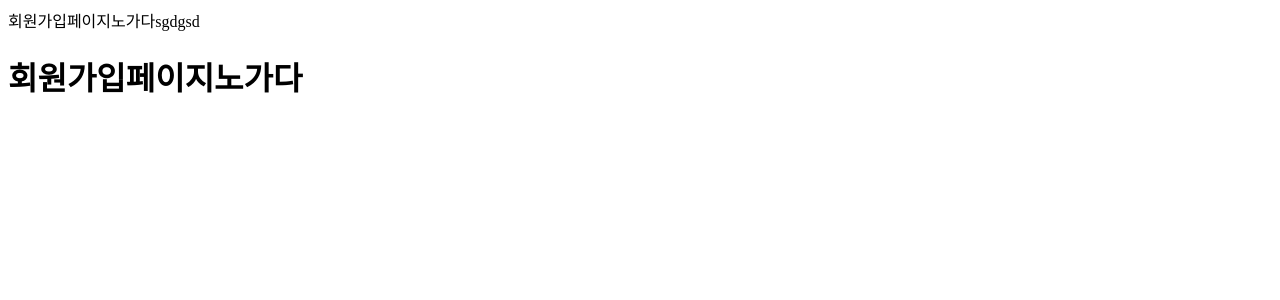
Repository: chhann/korit_back_5_web_servlet_study
Page: http://localhost/product/auth/signup.do
The author's editor kept a copy of each file at every save. The page is drawn from the files as they stood at one save, then again after the next save.
The browser window is 1280 px wide. The pictures show the whole page.
The page is served by Tomcat 9. Other server files are loaded and not shown.

Above is the page before, as saved 2024-02-15 07:38:32.

### product/src/main/java/com/study/product/servlet/UserManagementPageServlet.java
package com.study.product.servlet;

import java.io.IOException;
import javax.servlet.ServletException;
import javax.servlet.annotation.WebServlet;
import javax.servlet.http.HttpServlet;
import javax.servlet.http.HttpServletRequest;
import javax.servlet.http.HttpServletResponse;


@WebServlet("/auth/signup.do")
public class UserManagementPageServlet extends HttpServlet {
	private static final long serialVersionUID = 1L;


    public UserManagementPageServlet() {
        super();

    }


	protected void doGet(HttpServletRequest request, HttpServletResponse response) throws ServletException, IOException {
		String html = null;

		StringBuilder builder = new StringBuilder();
		builder.append("<html>");
			builder.append("<head>");
				builder.append("<tilte>회원가입페이지노가다sgdgsd</tilte>");
			builder.append("</head>");
			builder.append("<body>");
				builder.append("<h1>회원가입페이지노가다</h1>");
			builder.append("</body>");
		builder.append("</html>");

		html = builder.toString();

		response.setContentType("text/html");
		response.getWriter().println(html);


	}



}

After the next save:
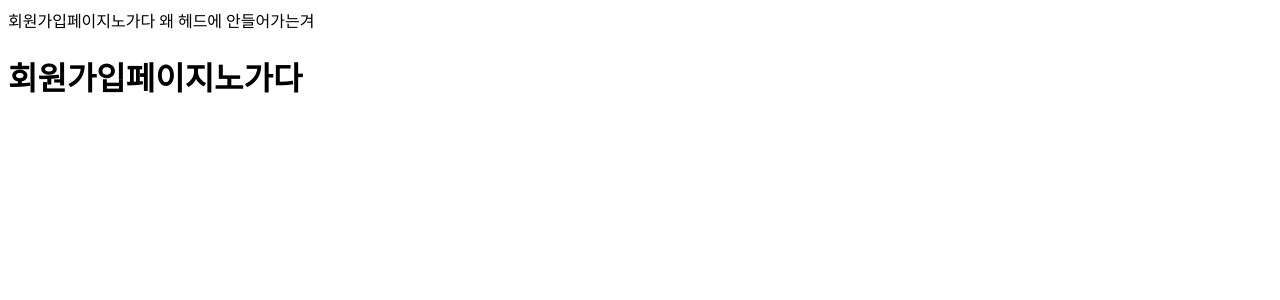
Saved 3 min 24 s later.
--- a/product/src/main/java/com/study/product/servlet/UserManagementPageServlet.java
+++ b/product/src/main/java/com/study/product/servlet/UserManagementPageServlet.java
@@ -25,7 +25,7 @@ public class UserManagementPageServlet extends HttpServlet {
 		StringBuilder builder = new StringBuilder();
 		builder.append("<html>");
 			builder.append("<head>");
-				builder.append("<tilte>회원가입페이지노가다sgdgsd</tilte>");
+				builder.append("<tilte>회원가입페이지노가다 왜 헤드에 안들어가는겨</tilte>");
 			builder.append("</head>");
 			builder.append("<body>");
 				builder.append("<h1>회원가입페이지노가다</h1>");
